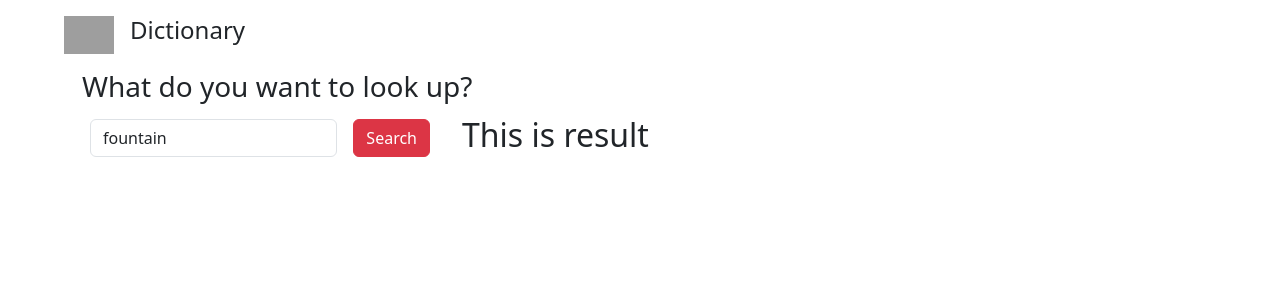
Repository: moehaymanmyint/react-dictionary-app
Page: /
The author's editor kept a copy of each file at every save. The page is drawn from the files as they stood at one save, then again after the next save.
The browser window is 1280 px wide. The pictures show the whole page.
Pictures or frames that could not be fetched are drawn as grey boxes. The page's requests for data from a server got no answer. The project was rebuilt for these pictures with package versions that can differ from the ones it lists, and the page was loaded fresh each time. No one was signed in, and anything a server would have sent is missing.

Above is the page before, as saved 2024-08-28 10:48:02.

After the next save:
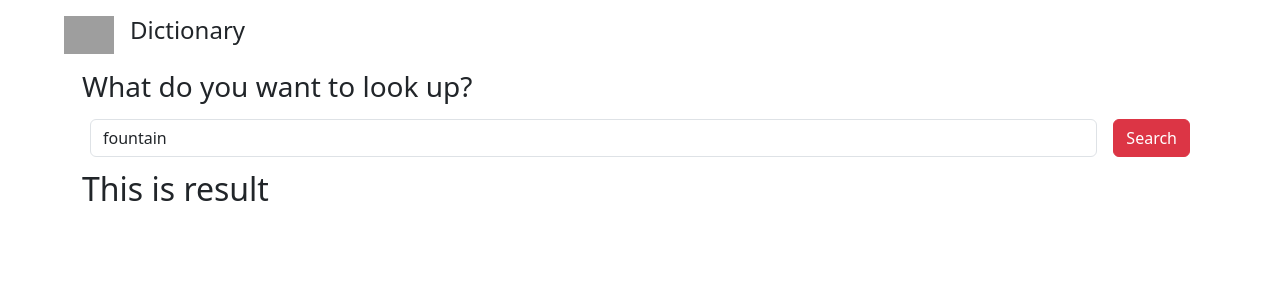
Saved 29 s later.
--- a/src/Search.js
+++ b/src/Search.js
@@ -27,7 +27,7 @@ export default function Search(props){
         <div className="Content">
             <h3>What do you want to look up?</h3>
             <div className="row d-flex">
-                <div className="col-4">
+                <div className="col-4 w-100">
                     <form onSubmit={handleSubmit} className="d-flex">
                         <input type="search" className="form form-control m-2" value={word} onChange={updateWord}/>
                         <input type="submit" value="Search" className="btn btn-danger m-2"/>
